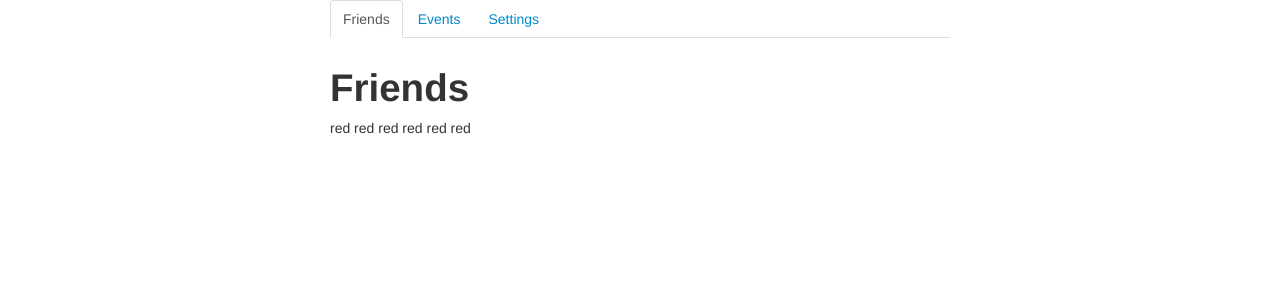
Repository: inventowiz/FriendTrack
Page: FriendshipTracker/main.html
These files come from the project's save history. The page is drawn as it stood at one moment and after the next save; the edit follows.
The browser window is 1280 px wide. The pictures show the whole page.
Some web libraries are served in a nearby version.

Above is the page before, as saved 2013-09-21 16:27:43.

After the next save:
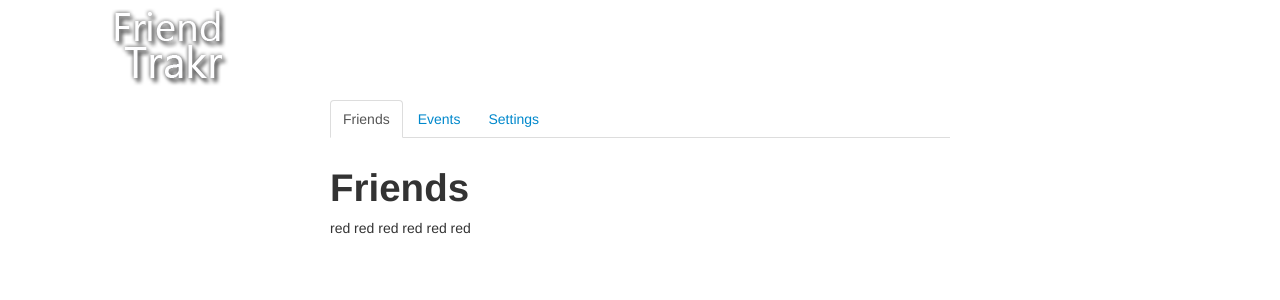
Saved 111 s later.
--- a/FriendshipTracker/main.html
+++ b/FriendshipTracker/main.html
@@ -8,6 +8,14 @@
 </head>
 
 <body>
+	<div id="headerDiv">
+	</div>
+	<div id="logoDiv" class="row-fluid">
+		<div class="span4 offset1">
+		<img src="images/logo.png" />
+		</div>
+	</div>
+	<div id="fb-root"></div>
 
 <div class="container">
 
